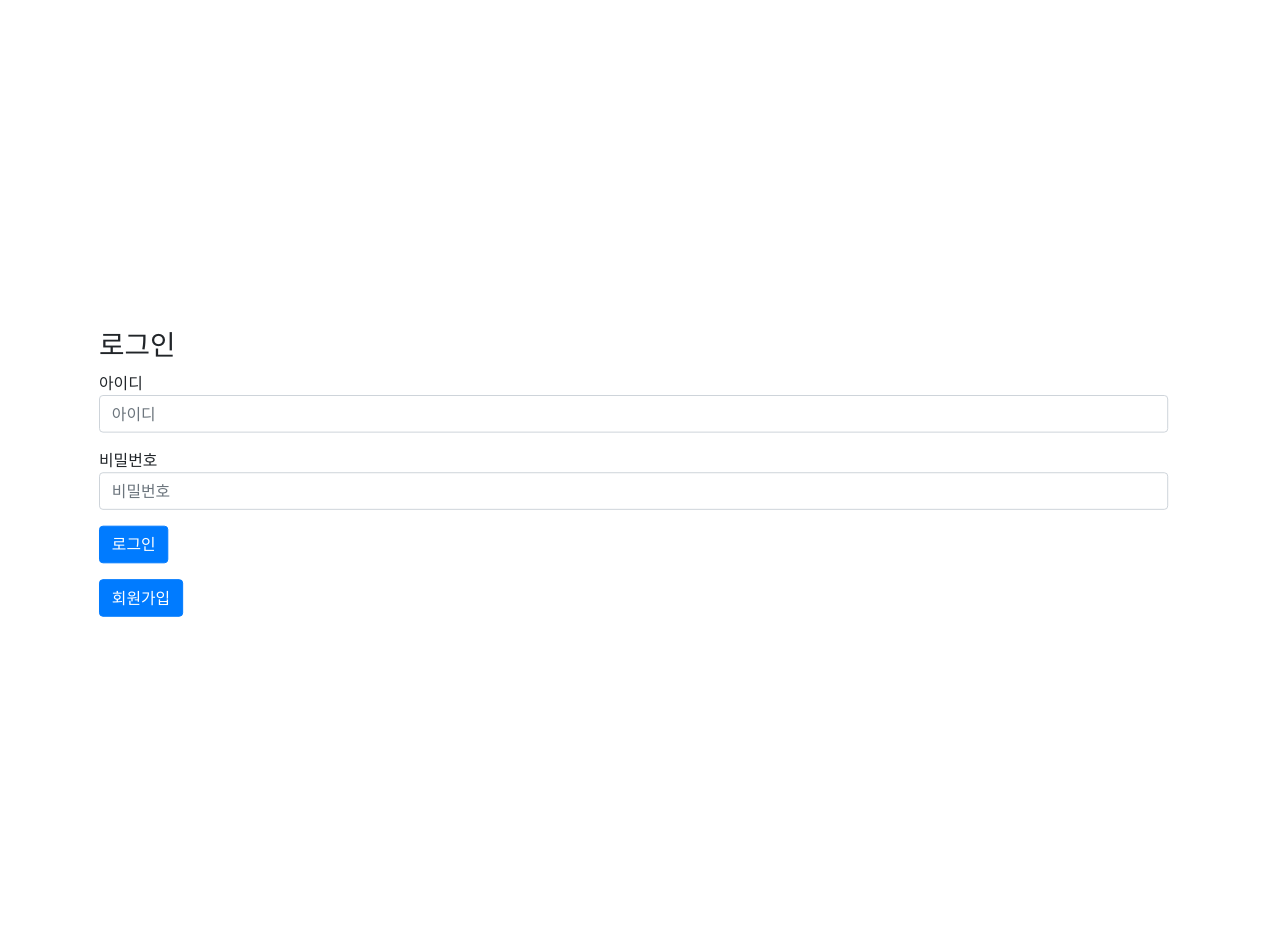
Repository: Seongjoo-Shin/webServer
Page: http://localhost/project/project/login.jsp
The author's editor kept a copy of each file at every save. The page is drawn from the files as they stood at one save, then again after the next save.
The browser window is 1280 px wide. The pictures show the whole page, at 99% of full size.
The page is served by Tomcat 9. Other server files are loaded and not shown.

Above is the page before, as saved 2021-06-14 05:20:10.

### 20165514_신성주_웹서버구축_프로젝트_소스코드/project/WebContent/project/login.jsp
<%@ page language="java" contentType="text/html; charset=utf-8"
    pageEncoding="utf-8"%>
<!DOCTYPE html>
<html>
<head>
<meta charset="utf-8">
<title>로그인</title>
<link rel="stylesheet" href="https://stackpath.bootstrapcdn.com/bootstrap/4.3.1/css/bootstrap.min.css" integrity="sha384-ggOyR0iXCbMQv3Xipma34MD+dH/1fQ784/j6cY/iJTQUOhcWr7x9JvoRxT2MZw1T" crossorigin="anonymous">
</head>
<body>
	<div class="container">
		<div class="col-lg" style="margin:30% auto; border=1;">
		<h3>로그인</h3>
		<form method="post" action="login_process.jsp">
			<p>아이디<input type="text" name="user_id" class="form-control" placeholder="아이디"></p>
			<p>비밀번호<input type="password" name="user_pwd" class="form-control" placeholder="비밀번호"></p>
			<p><input type="submit" class="btn btn-primary" value="로그인"></p>
			<p><a href="register.jsp" class="btn btn-primary">회원가입</a>
		</form>
		</div>
	</div>
</body>
</html>

After the next save:
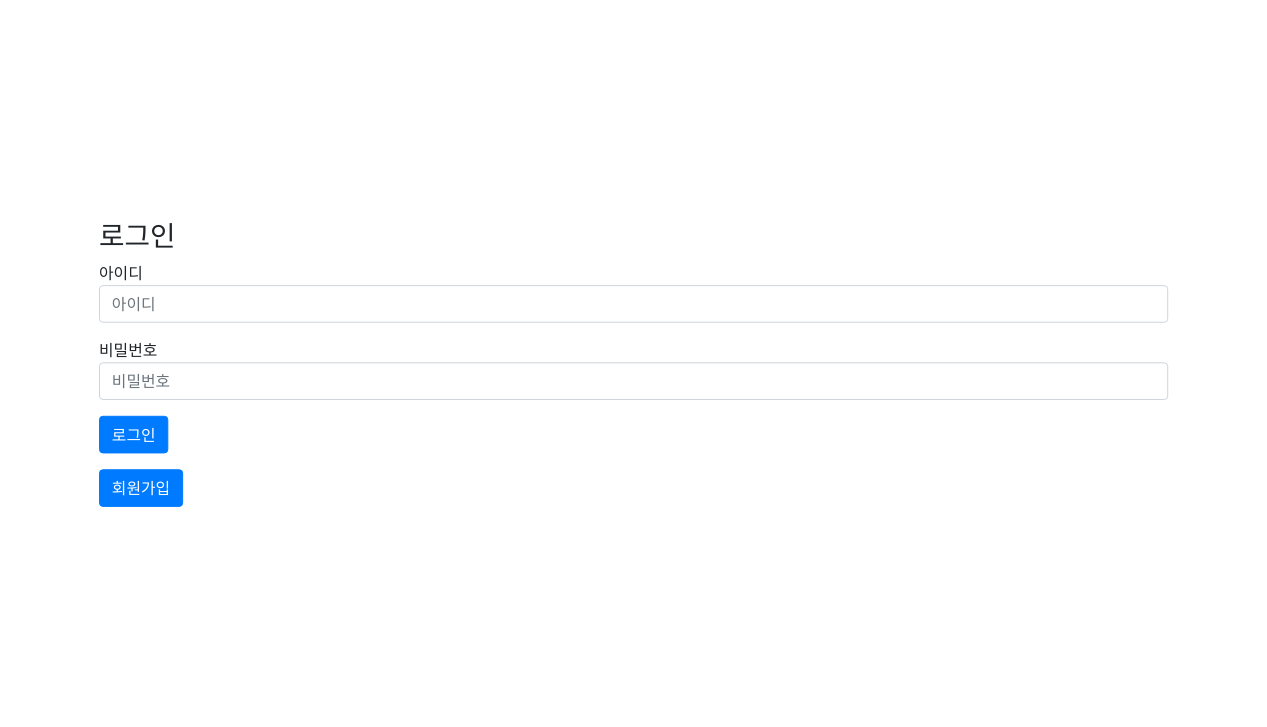
Saved 6 s later.
--- a/20165514_신성주_웹서버구축_프로젝트_소스코드/project/WebContent/project/login.jsp
+++ b/20165514_신성주_웹서버구축_프로젝트_소스코드/project/WebContent/project/login.jsp
@@ -9,7 +9,7 @@
 </head>
 <body>
 	<div class="container">
-		<div class="col-lg" style="margin:30% auto; border=1;">
+		<div class="col-lg" style="margin:20% auto; border=1;">
 		<h3>로그인</h3>
 		<form method="post" action="login_process.jsp">
 			<p>아이디<input type="text" name="user_id" class="form-control" placeholder="아이디"></p>
